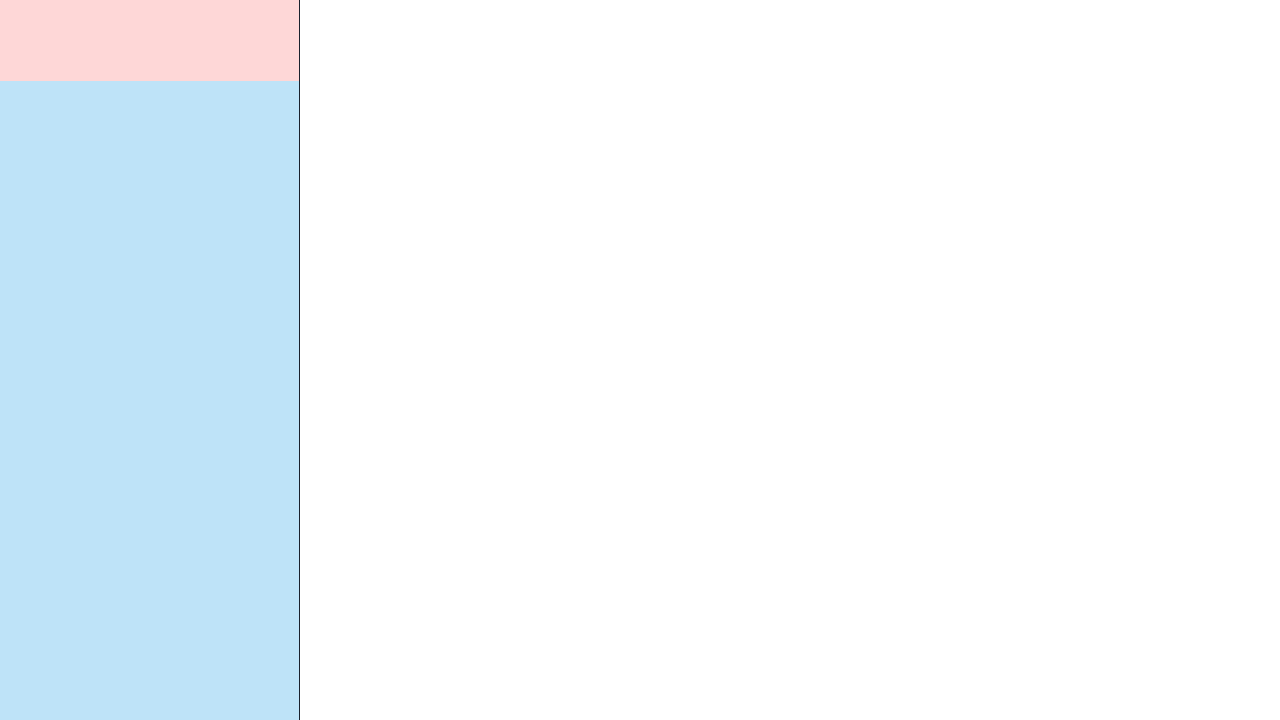
Repository: Siva20021/chat-app
Page: /
The author's editor kept a copy of each file at every save. The page is drawn from the files as they stood at one save, then again after a run of saves.
The browser window is 1280 px wide. The pictures show the whole page.
The project was rebuilt for these pictures with package versions that can differ from the ones it lists, and the page was loaded fresh each time. The framework's server and built-in components were replaced by stand-ins that run in the browser. Also part of the build but not shown: next.config.js, components/Login.js.

Above is the page before, as saved 2022-06-05 11:55:36.

After the next 2 saves:
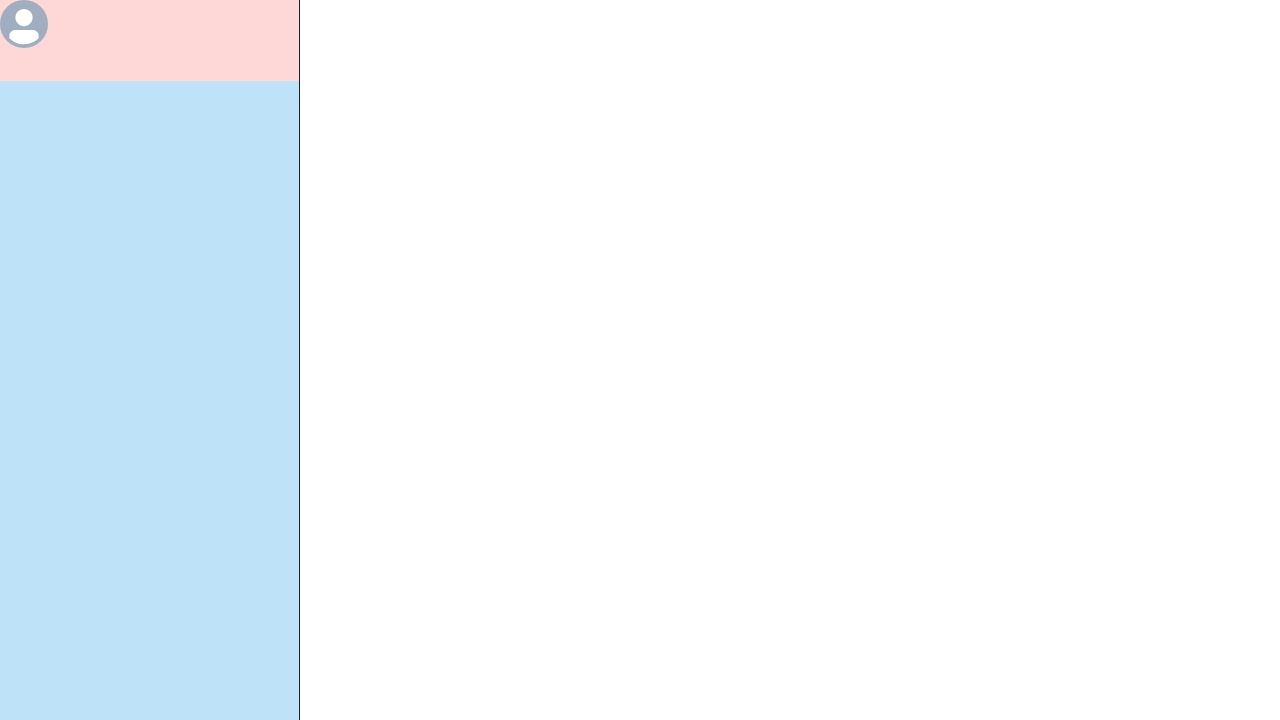
The 2 saves are shown as one change because they came seconds apart.
The last was saved 21 s later.
--- a/components/Sidebar.js
+++ b/components/Sidebar.js
@@ -1,4 +1,4 @@
-import { Flex } from '@chakra-ui/react'
+import { Avatar, Flex } from '@chakra-ui/react'
 import React from 'react'
 
 export default function Sidebar() {
@@ -14,7 +14,7 @@ export default function Sidebar() {
             bg="red.100"
             h="81px" w="100%"
         >
-
+            <Avatar></Avatar>
         </Flex>
     </Flex>
   )
